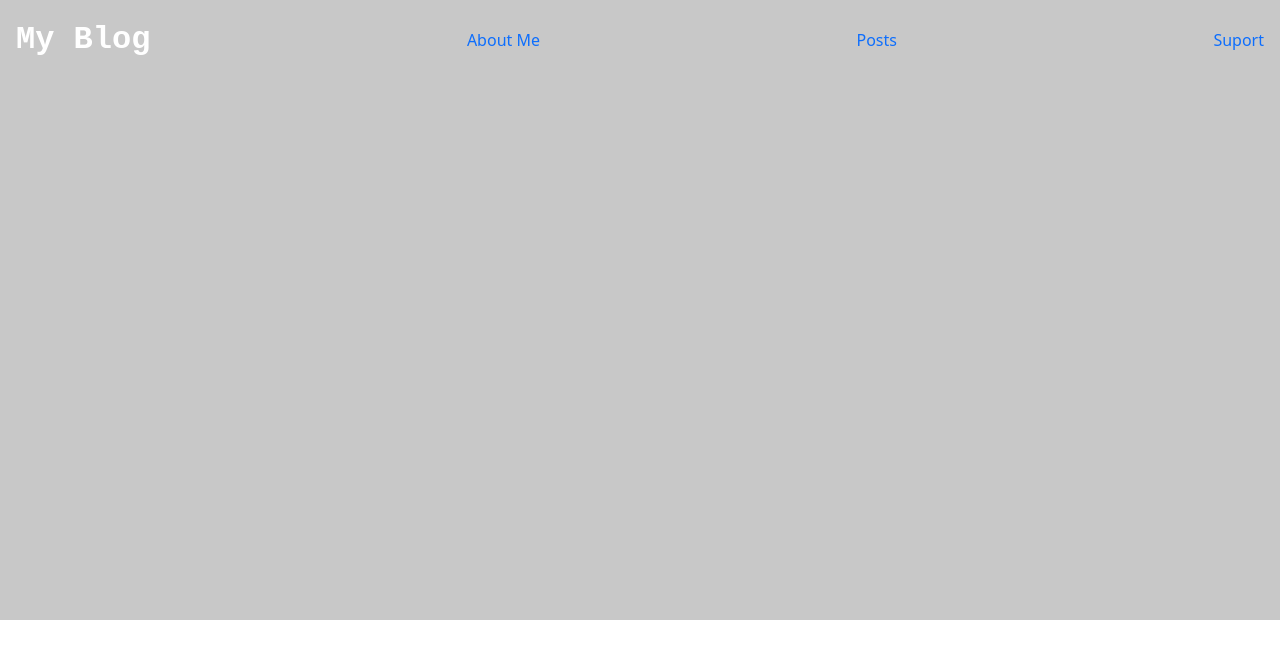
Repository: LublubXT/Azi-Tec-Team
Page: views/templates/blogs/personalblog/home.html
The author's editor kept a copy of each file at every save. The page is drawn from the files as they stood at one save, then again after the next save.
The browser window is 1280 px wide. The pictures show the whole page.

Above is the page before, as saved 2021-03-11 07:00:25.

After the next save:
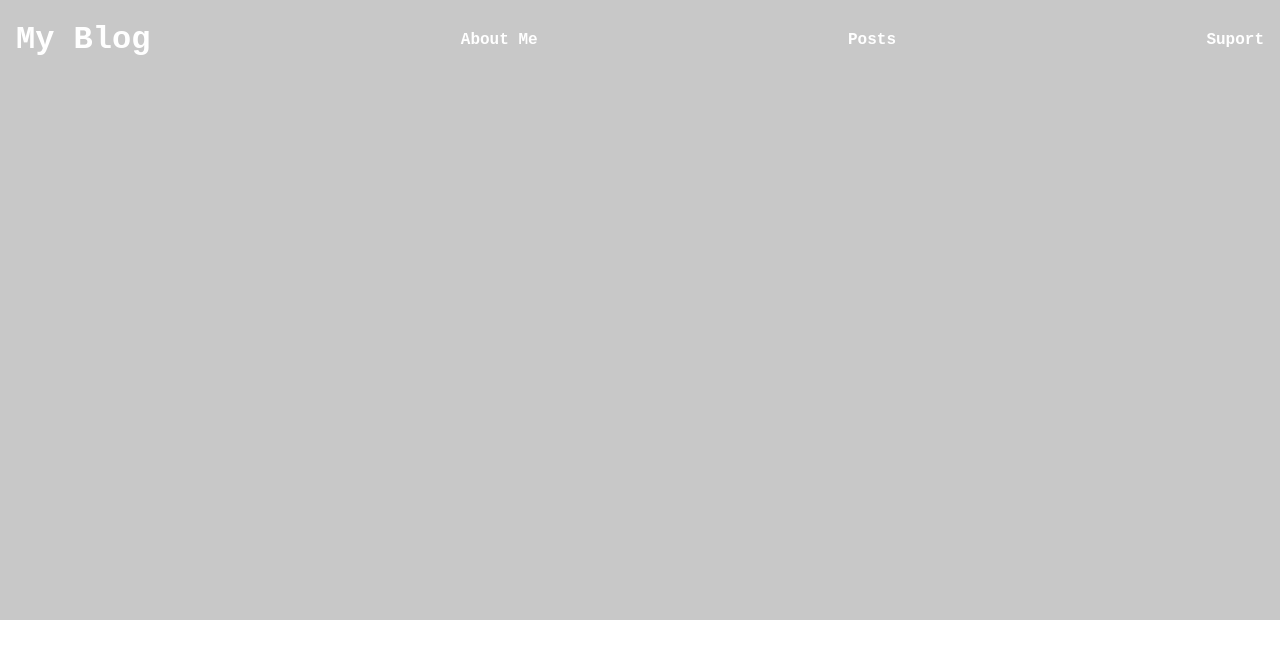
Saved 10 s later.
--- a/views/templates/blogs/personalblog/css/style.css
+++ b/views/templates/blogs/personalblog/css/style.css
@@ -39,5 +39,9 @@
 }
 
 .link {
-
+    color: white;
+    font-family: 'Courier New', Courier, monospace;
+    font-weight: bolder;
+    background: transparent;
+    font-size:
 }
